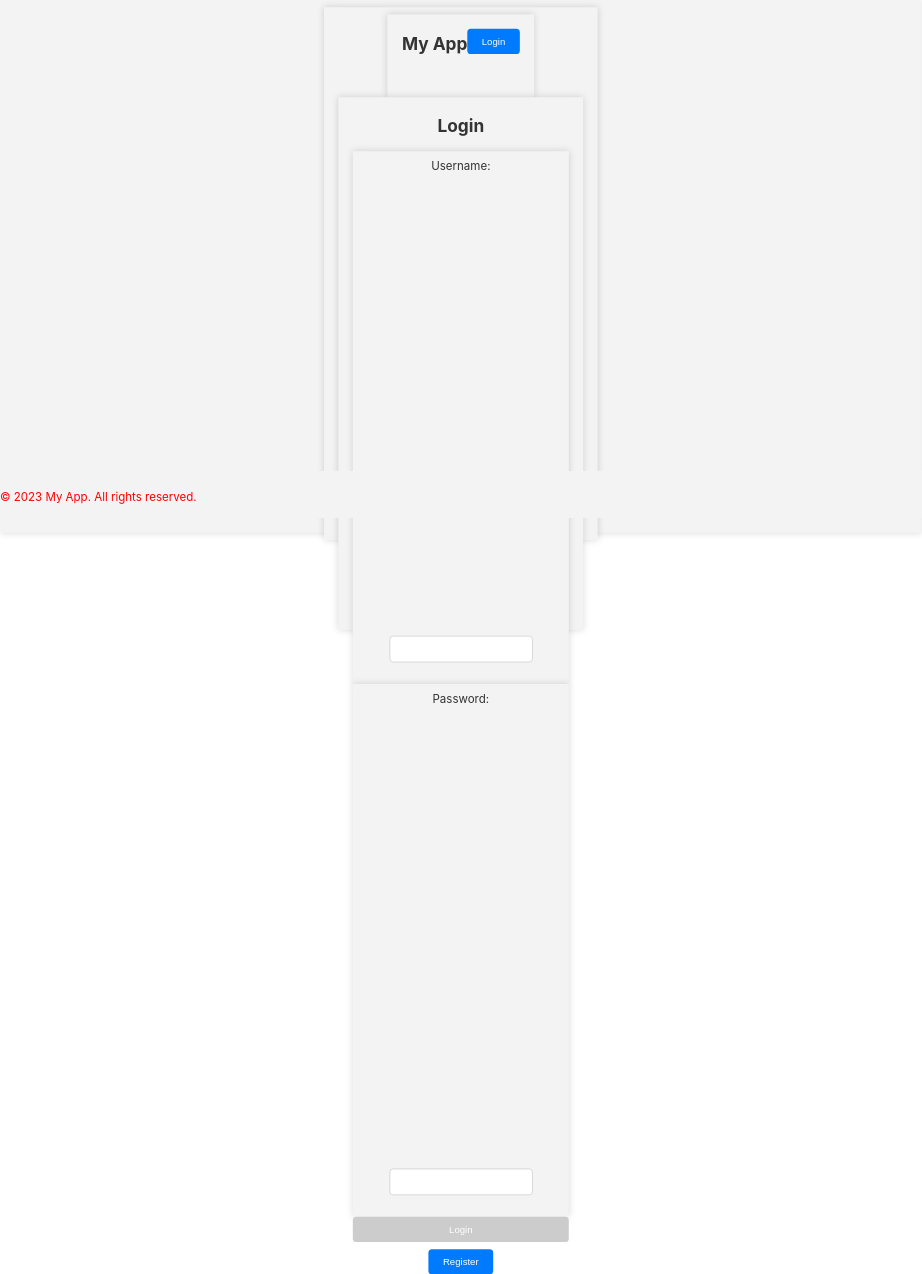
Repository: iMlearnDinG/react-app-v2
Page: /
The author's editor kept a copy of each file at every save. The page is drawn from the files as they stood at one save, then again after the next save.
The browser window is 1280 px wide. The pictures show the whole page, at 72% of full size.
The page's requests for data from a server got no answer. The project was rebuilt for these pictures with package versions that can differ from the ones it lists, and the page was loaded fresh each time. No one was signed in, and anything a server would have sent is missing. Also part of the build but not shown: src/components/Register.js, src/components/Lobby.js, src/components/Game.js, src/components/Menu.js.

Above is the page before, as saved 2023-07-19 01:54:28.

### src/index.js
import React from 'react';
import ReactDOM from 'react-dom/client';
import './index.css';
import App from './App';
import reportWebVitals from './reportWebVitals';

ReactDOM.createRoot(document.getElementById('root')).render(
  <React.StrictMode>
    <App />
  </React.StrictMode>,
);

// If you want to start measuring performance in your app, pass a function
// to log results (for example: reportWebVitals(console.log))
// or send to an analytics endpoint. Learn more: https://bit.ly/CRA-vitals
reportWebVitals();

### src/App.js
import React, { useContext, useEffect } from 'react';
import { BrowserRouter as Router, Routes, Route, useNavigate } from 'react-router-dom';
import { AuthProvider, AuthContext } from './config/AuthContext';
import Login from './components/Login';
import Register from './components/Register';
import Lobby from './components/Lobby';
import Game from './components/Game';
import Menu from './components/Menu';
import Navbar from './components/Navbar'
import SessionRenewal from './SessionRenewal';

function PrivateRoute({ children }) {
  const { user, loading } = useContext(AuthContext);
  const navigate = useNavigate();

  useEffect(() => {
    if (!loading && !user) {
      navigate('/login', { replace: true });
    }
  }, [loading, user, navigate]);

  if (loading) {
    return <div>Loading...</div>;
  }

  if (!user) {
    return null;
  }

  return children;
}

function App() {
  return (
    <Router>
      <div className="App">
        <AuthProvider>
          <Navbar />
          <Routes>
            <Route path="/" element={<Login />} />
            <Route path="/login" element={<Login />} />
            <Route path="/register" element={<Register />} />
            <Route path="/lobby" element={<PrivateRoute><Lobby /></PrivateRoute>} />
            <Route path="/game" element={<PrivateRoute><Game /></PrivateRoute>} />
            <Route path="/menu" element={<PrivateRoute><Menu /></PrivateRoute>} />
          </Routes>
        </AuthProvider>
      </div>
    </Router>
  );
}

export default SessionRenewal(App);

### src/config/AuthContext.js
import React, { createContext, useState, useEffect } from 'react';

export const AuthContext = createContext();

export function AuthProvider({ children }) {
  const [user, setUser] = useState(null);
  const [loading, setLoading] = useState(true);

  useEffect(() => {
    // Fetch the current user from the server and update state
    const fetchUser = async () => {
      const response = await fetch(`${process.env.REACT_APP_API_BASE_URL}/auth`, {
        credentials: 'include',
      });
      const data = await response.json();
      if (data.success) {
        setUser(data.data.user);
      }
      setLoading(false);
    };
    fetchUser();
  }, []);

  const value = { user, setUser, loading };

  return <AuthContext.Provider value={value}>{children}</AuthContext.Provider>;
}

### src/components/Login.js
import React, { useState, useContext } from 'react';
import { useNavigate } from 'react-router-dom';
import { AuthContext } from '../config/AuthContext';
import "../css/login.css"

function Login() {
  const navigate = useNavigate();
  const { setUser } = useContext(AuthContext);
  const [username, setUsername] = useState('');
  const [password, setPassword] = useState('');
  const [isSubmitting, setIsSubmitting] = useState(false);
  const [error, setError] = useState(null);

  const handleSubmit = async (e) => {
    e.preventDefault();
    setIsSubmitting(true);
    setError(null);

    const response = await fetch(`${process.env.REACT_APP_API_BASE_URL}/login`, {
      method: 'POST',
      headers: { 'Content-Type': 'application/json' },
      body: JSON.stringify({ username, password }),
      credentials: 'include',
    });

    const data = await response.json();
    setIsSubmitting(false);
    if (data.success) {
      setUser(data.data.user);
      navigate('/menu');
    } else {
      setError(data.error);
    }
  };


  const handleInputChange = async (e) => {
    const { name, value } = e.target;
    if (name === 'username') {
      setUsername(value);
    } else if (name === 'password') {
      setPassword(value);
    }
  };

  const isFormValid = username !== '' && password !== '';

  const handleRegisterClick = async () => {
    navigate('/register');
  };

  return (
    <div>
      <h1>Login</h1>
      {error && <p>{error}</p>}
      <form onSubmit={handleSubmit}>
        <div>
          <label htmlFor="username">Username:</label>
          <input
            type="text"
            id="username"
            name="username"
            value={username}
            onChange={handleInputChange}
          />
        </div>
        <div>
          <label htmlFor="password">Password:</label>
          <input
            type="password"
            id="password"
            name="password"
            value={password}
            onChange={handleInputChange}
          />
        </div>
        <button type="submit" disabled={!isFormValid || isSubmitting}>
          Login
        </button>
      </form>
      <button onClick={handleRegisterClick}>Register</button>
    </div>
  );
}

export default Login;

### src/components/Navbar.js
import React, { useContext } from 'react';
import { useNavigate } from 'react-router-dom';
import { AuthContext } from '../config/AuthContext.js';
import axios from 'axios';
import '../css/navbar.css'

const Navbar = () => {
  const navigate = useNavigate();
  const { user, setUser } = useContext(AuthContext);

  const handleLogout = async () => {
    try {
      const res = await axios.post(`${process.env.REACT_APP_API_BASE_URL}/logout`, {}, {
        withCredentials: true,
      });

      if (res.data.success) {
        setUser(null);
        navigate('/login');
      } else {
        console.error(res.data.error);
      }
    } catch (error) {
      console.error(error);
    }
  };

  return (
    <div>
      <header >
        <h1>My App</h1>
        {user && (
          <button onClick={handleLogout}>Logout</button>
        )}
        {!user && (
          <button onClick={() => navigate('/login')}>Login</button>
        )}
      </header>

      <footer>
        <p>© 2023 My App. All rights reserved.</p>
      </footer>
    </div>
  );
};

export default Navbar;

### src/SessionRenewal.js
import React, { useEffect, useRef } from 'react';

function SessionRenewal(WrappedComponent) {
  return function WrappedWithSessionRenewal(props) {
    const activityDetected = useRef(false);

    useEffect(() => {
      let timeoutId;

      const renewSession = () => {
        fetch('/api/renew-session', {
          method: 'POST',
          credentials: 'include', // Include cookies in the request
        })
        .then(res => res.json())
        .then((data) => {
          if (!data.success) {
            console.error('Session renewal failed:', data.error);
          }
        })
        .catch((error) => {
          console.error('Error:', error);
        });
      };

      const resetTimeout = () => {
        console.log('User activity detected');
        if (timeoutId) {
          clearTimeout(timeoutId);
        }
        timeoutId = setTimeout(renewSession, 1); // 5 minutes
      };

      const activityHandler = () => {
        activityDetected.current = true;
      };

      window.addEventListener('mousemove', activityHandler);
      window.addEventListener('keydown', activityHandler);
      window.addEventListener('click', activityHandler);
      window.addEventListener('input', activityHandler);

      const intervalId = setInterval(() => {
        if (activityDetected.current) {
          resetTimeout();
          activityDetected.current = false;
        }
      }, 225000);

      return () => {
        window.removeEventListener('mousemove', activityHandler);
        window.removeEventListener('keydown', activityHandler);
        window.removeEventListener('click', activityHandler);
        window.removeEventListener('input', activityHandler);
        clearTimeout(timeoutId);
        clearInterval(intervalId);
      };
    }, []);

    return <WrappedComponent {...props} />;
  };
}

export default SessionRenewal;

### src/css/login.css
div {
    display: flex;
    flex-direction: column;
    align-items: center;
    justify-content: center;
    height: 100vh;
    padding: 20px;
    background-color: #F3F3F3;
  }

  h1 {
    margin-bottom: 20px;
    color: #333;
    font-size: 28px;
  }

  p {
    color: red;
    margin-bottom: 10px;
  }

  form {
    display: flex;
    flex-direction: column;
    width: 300px;
  }

  div label {
    margin-bottom: 5px;
    color: #333;
  }

  div input {
    margin-bottom: 20px;
    padding: 10px;
    border: 1px solid #ccc;
    border-radius: 5px;
  }

  button {
    padding: 10px 20px;
    background-color: #007BFF;
    color: #FFF;
    border: none;
    border-radius: 5px;
    cursor: pointer;
    transition: background-color 0.3s ease;
    margin-bottom: 10px;
  }

  button:disabled {
    background-color: #ccc;
  }

  button:hover:not(:disabled) {
    background-color: #0056b3;
  }

### src/css/navbar.css
div {
    display: flex;
    justify-content: space-between;
    align-items: center;
    padding: 10px 20px;
    background-color: #F3F3F3;
    box-shadow: 0px 0px 10px 0px rgba(0,0,0,0.15);
  }

  header, footer {
    display: flex;
    justify-content: space-between;
    align-items: center;
    width: 100%;
  }

  header {
    margin-bottom: 30px;
  }

  h1 {
    color: #333;
    font-size: 24px;
  }

  button {
    padding: 10px 20px;
    background-color: #007BFF;
    color: #FFF;
    border: none;
    border-radius: 5px;
    cursor: pointer;
    transition: background-color 0.3s ease;
  }

  button:hover {
    background-color: #0056b3;
  }

  footer {
    position: fixed;
    bottom: 0;
    width: 100%;
    background-color: #F3F3F3;
    color: #666;
    text-align: center;
    padding: 10px 0;
  }

Loaded but not shown: public/index.html (common file); src/index.css (common file); src/reportWebVitals.js (common file)

After the next save:
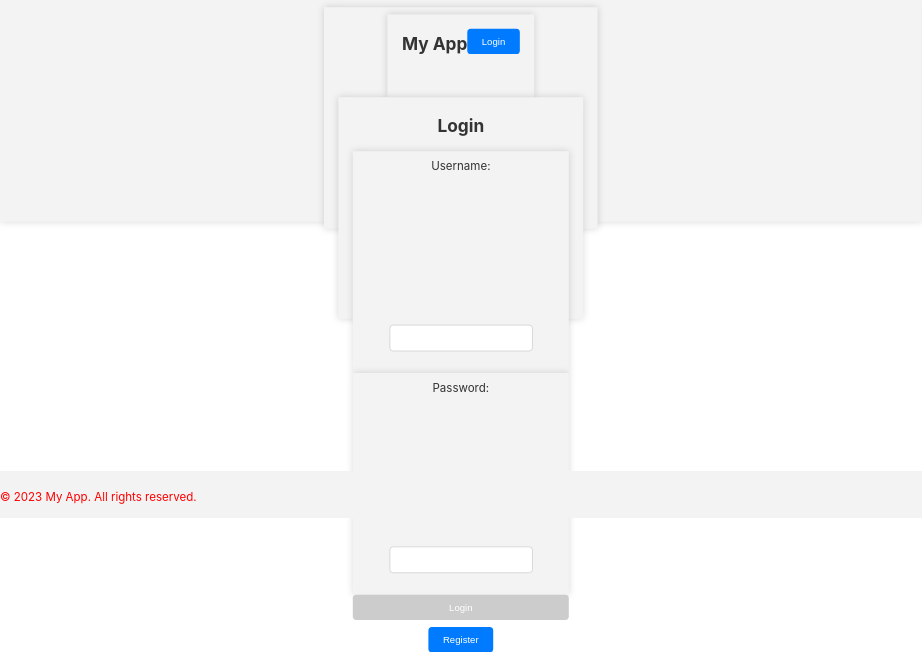
Saved 75 s later.
--- a/src/css/login.css
+++ b/src/css/login.css
@@ -3,8 +3,8 @@ div {
     flex-direction: column;
     align-items: center;
     justify-content: center;
-    height: 100vh;
-    padding: 20px;
+    height: 40vh;
+    padding: 15px;
     background-color: #F3F3F3;
   }
 
